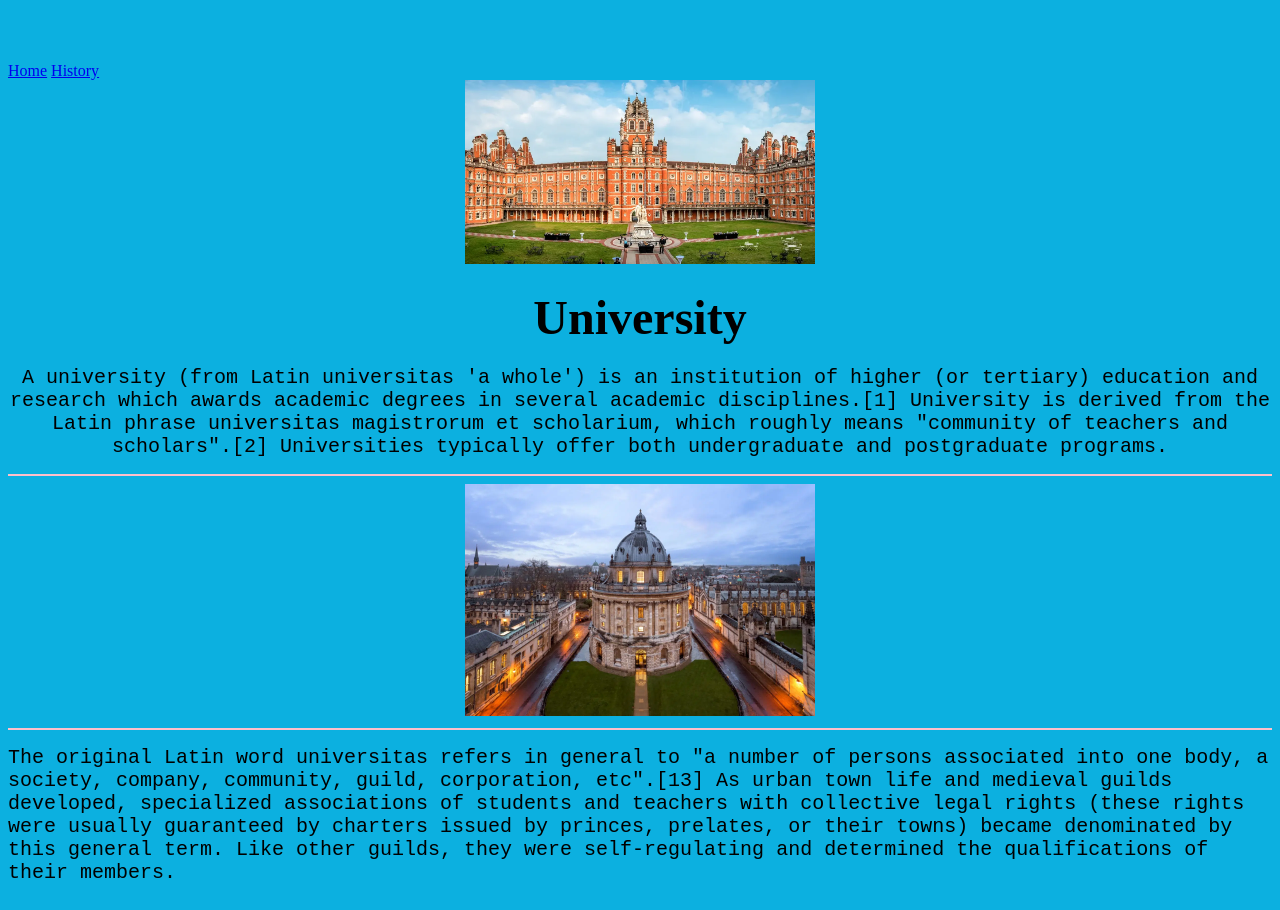
Repository: Haakim19/WebDevelopment
Page: Assignment/Index.html
The author's editor kept a copy of each file at every save. The page is drawn from the files as they stood at one save, then again after the next save.
The browser window is 1280 px wide. The pictures show the whole page.

Above is the page before, as saved 2024-10-10 15:33:51.

### Assignment/Index.html
<!DOCTYPE html>
<html lang="en">
<head>
    <meta charset="UTF-8">
    <meta name="viewport" content="width=device-width, initial-scale=1.0">
    <title>Home</title>
</head>
<body bgcolor="iceblue">
    <br><br><br>
    <a href="Index.html">Home</a>
    <a href="history.html">History</a>
    <center>
        <img src="campus.webp" width="350px">
        <h1><font face="algerian" size="10px">University</font></h1>
        <p><font face="MonoSpace" size="5px" >A university (from Latin universitas 'a whole') is an institution of
            higher (or tertiary) education and research which awards academic
            degrees in several academic disciplines.[1] University is derived from
            the Latin phrase universitas magistrorum et scholarium, which
            roughly means "community of teachers and scholars".[2] Universities
            typically offer both undergraduate and postgraduate programs.</font></p>
    <hr color="pink">
            <img src="most-beautiful-campuses-oxford-university.webp" width="350px">
    <hr color="pink">
            <p align="left"><font face="MonoSpace" size="5px">The original Latin word universitas refers in general to "a number of persons associated
                into one body, a society, company, community, guild, corporation, etc".[13] As urban
                town life and medieval guilds developed, specialized associations of students and
                teachers with collective legal rights (these rights were usually guaranteed by charters
                issued by princes, prelates, or their towns) became denominated by this general term.
                Like other guilds, they were self-regulating and determined the qualifications of their
                members.</font></p>

    </center>
</body>
</html>

After the next save:
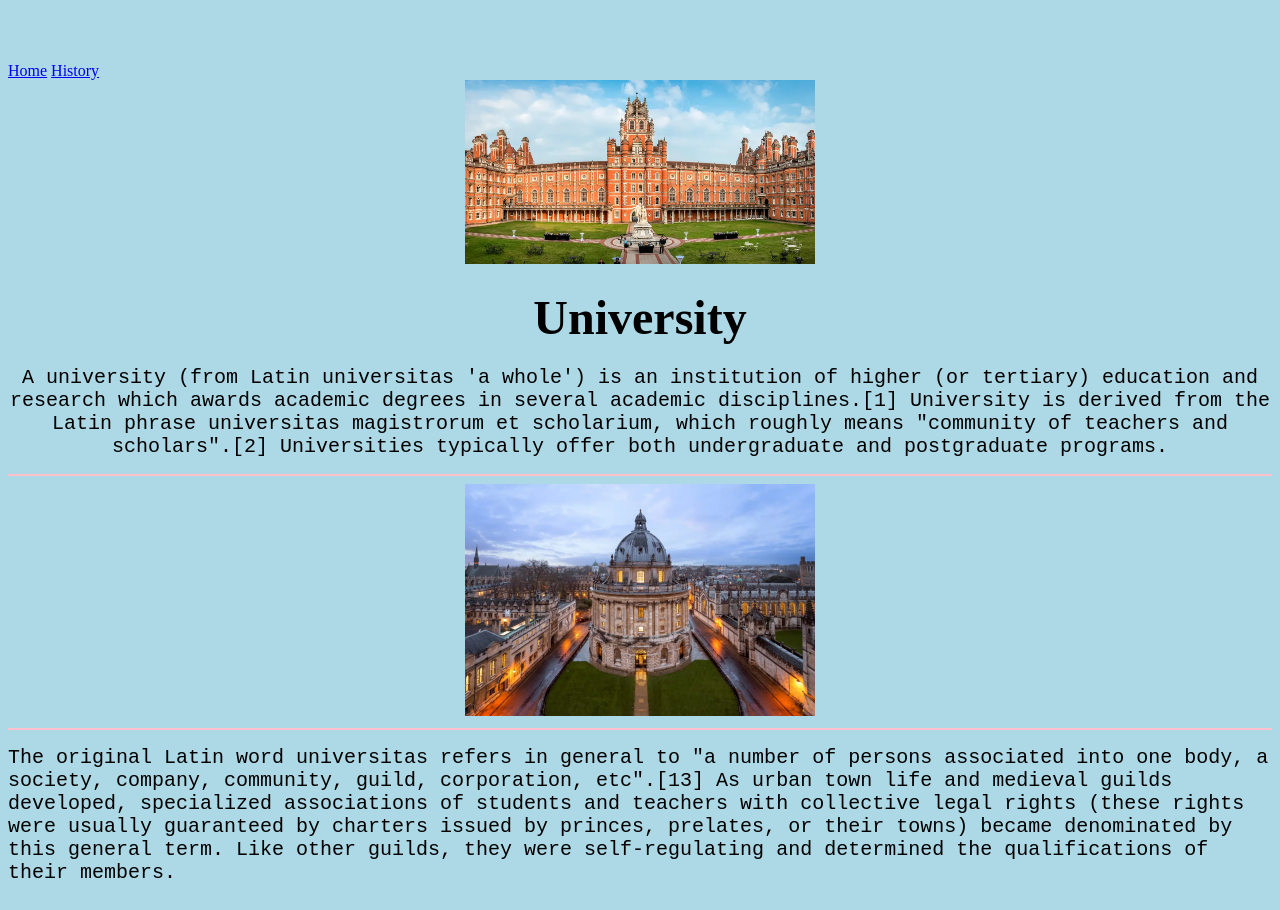
Saved 27 s later.
--- a/Assignment/Index.html
+++ b/Assignment/Index.html
@@ -5,7 +5,7 @@
     <meta name="viewport" content="width=device-width, initial-scale=1.0">
     <title>Home</title>
 </head>
-<body bgcolor="iceblue">
+<body bgcolor="lightblue">
     <br><br><br>
     <a href="Index.html">Home</a>
     <a href="history.html">History</a>
